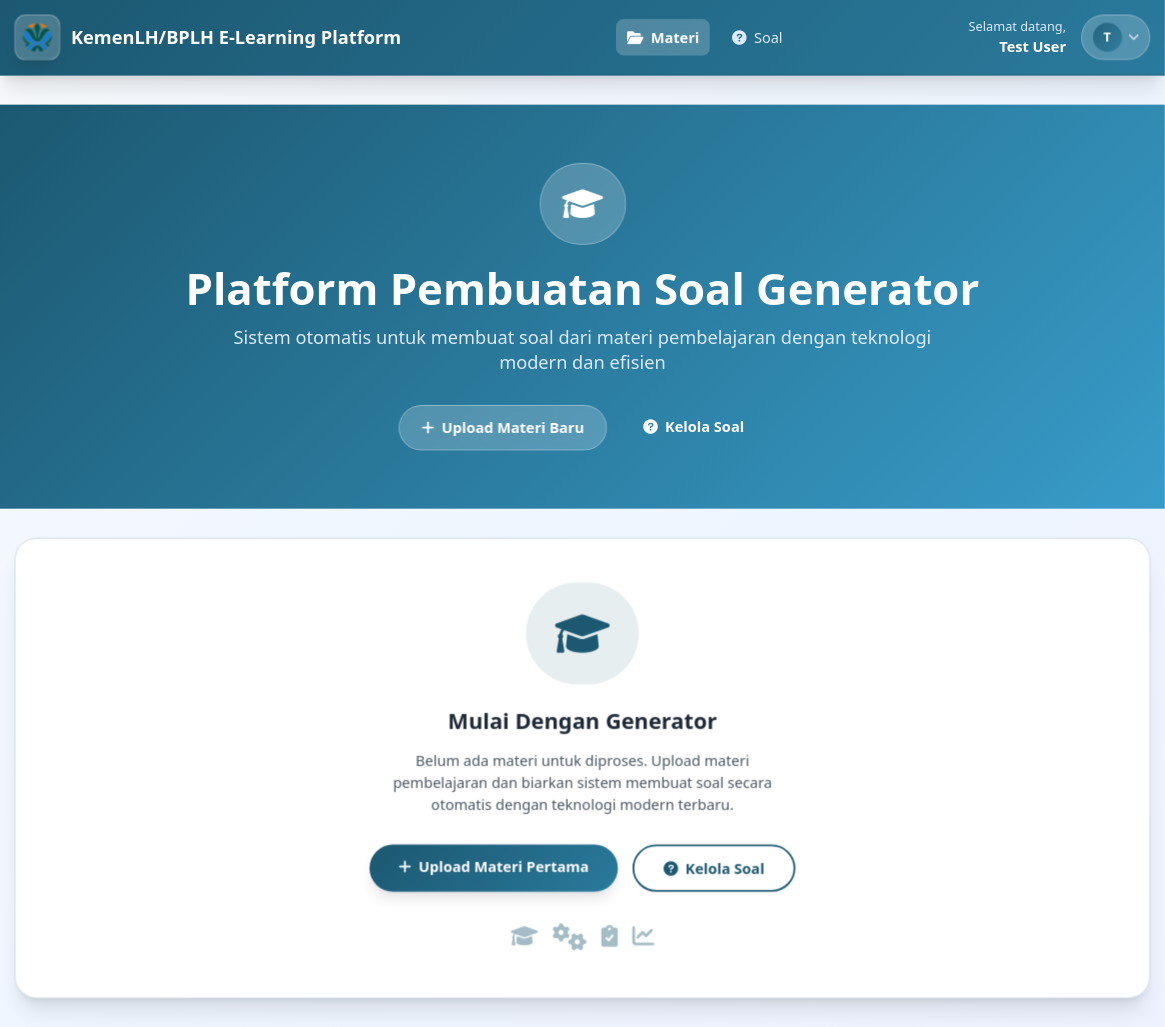
Repository: Autofat/LMS-MOOC
Page: http://localhost/materials
The author's editor kept a copy of each file at every save. The page is drawn from the files as they stood at one save, then again after the next save.
The browser window is 1280 px wide. The pictures show the whole page, at 91% of full size.
Some web libraries are served in a nearby version. The page is served by the project's Laravel application, run on PHP 8.4 with Laravel 12. A made-up administrator, Test User (test@example.com), is signed in. Other server files are loaded and not shown. Queries for data that is not in the repository find no rows.

Above is the page before, as saved 2025-08-01 13:37:42.

### routes/web.php
<?php

use Illuminate\Support\Facades\Route;
use Illuminate\Support\Facades\Auth;
use Illuminate\Support\Facades\Http;
use Illuminate\Support\Facades\Storage;
use Illuminate\Http\Request;
use App\Http\Controllers\QuestionController;
use App\Http\Controllers\MaterialController;
use App\Http\Controllers\AuthController;

// Root redirect to login
Route::get('/', function () {
    // Force logout and clear session
    Auth::logout();
    session()->flush();
    session()->regenerate();

    return redirect()->route('login');
});

// Authentication Routes
Route::get('/login', [AuthController::class, 'showLoginForm'])->name('login');
Route::post('/login', [AuthController::class, 'login']);
Route::get('/register', [AuthController::class, 'showRegisterForm'])->name('register');
Route::post('/register', [AuthController::class, 'register']);
Route::post('/logout', [AuthController::class, 'logout'])->name('logout');

// Temporary route to clear session
Route::get('/clear-session', function () {
    Auth::logout();
    session()->flush();
    session()->regenerate();
    return redirect()->route('login')->with('success', 'Session cleared. Please login again.');
});

// Test route to check auth status
Route::get('/test-auth', function () {
    return response()->json([
        'auth_check' => Auth::check(),
        'user' => Auth::user(),
        'session_id' => session()->getId(),
        'session_data' => session()->all()
    ]);
});

// Protected Routes (require authentication)
Route::middleware(['auth'])->group(function () {

    // Debug route for testing n8n connection
    Route::get('/test-n8n-connection', function () {
        try {
            $testData = [
                'action' => 'test_connection',
                'timestamp' => now()->toISOString(),
                'message' => 'Laravel connection test'
            ];

            $n8nUrl = env('N8N_GENERATE_QUESTIONS_URL', 'http://localhost:5678/webhook/generate-questions');

            $response = Http::timeout(120)
                ->retry(2, 100)
                ->withOptions([
                    'verify' => false,
                    'allow_redirects' => true,
                    'http_errors' => false
                ])
                ->post($n8nUrl, $testData);

            return response()->json([
                'success' => true,
                'message' => 'n8n connection test completed',
                'url' => $n8nUrl,
                'request_data' => $testData,
                'response' => [
                    'status' => $response->status(),
                    'headers' => $response->headers(),
                    'body' => $response->body(),
                    'successful' => $response->successful()
                ]
            ]);

        } catch (\Exception $e) {
            return response()->json([
                'success' => false,
                'error' => $e->getMessage(),
                'error_class' => get_class($e)
            ], 500);
        }
    })->name('test.n8n.connection');

    // Material Routes
    Route::get('/materials', [MaterialController::class, 'index'])->name('materials.index');
    Route::get('/materials/create', [MaterialController::class, 'create'])->name('materials.create');
    Route::post('/materials', [MaterialController::class, 'store'])->name('materials.store');
    Route::get('/materials/{id}', [MaterialController::class, 'show'])->name('materials.show');
    Route::get('/materials/{id}/edit', [MaterialController::class, 'edit'])->name('materials.edit');
    Route::put('/materials/{id}', [MaterialController::class, 'update'])->name('materials.update');
    Route::delete('/materials/{id}', [MaterialController::class, 'destroy'])->name('materials.destroy');
    Route::get('/materials/{id}/download', [MaterialController::class, 'download'])->name('materials.download');

    // Debug routes for testing file uploads
    Route::get('/test-upload', function () {
        return view('test-upload');
    })->name('test.upload.form');

    Route::post('/test-upload', function (Request $request) {
        $info = [
            'has_file' => $request->hasFile('pdf_file'),
            'php_upload_max' => ini_get('upload_max_filesize'),
            'php_post_max' => ini_get('post_max_size'),
            'storage_writable' => is_writable(storage_path('app/public')),
            'materials_dir_exists' => Storage::disk('public')->exists('materials'),
        ];

        if ($request->hasFile('pdf_file')) {
            $file = $request->file('pdf_file');
            $info['file'] = [
                'name' => $file->getClientOriginalName(),
                'size' => $file->getSize(),
                'mime' => $file->getMimeType(),
                'is_valid' => $file->isValid(),
                'error' => $file->getError(),
            ];
        }

        return response()->json($info);
    })->name('test.upload');
    Route::get('/materials/{id}/questions', [MaterialController::class, 'questions'])->name('materials.questions');

    // Generate Questions with n8n
    Route::post('/materials/{id}/generate-questions', [MaterialController::class, 'generateQuestions'])->name('materials.generate-questions');
    Route::post('/materials/{id}/generate-questions-async', [MaterialController::class, 'generateQuestionsAsync'])->name('materials.generate-questions-async');
    Route::get('/materials/{id}/test-n8n', [MaterialController::class, 'testN8nConnection'])->name('materials.test-n8n');

    // Form Manual Input
    Route::get('/questions/create', [QuestionController::class, 'create'])->name('questions.create');
    Route::post('/questions', [QuestionController::class, 'store'])->name('questions.store');

    // Manage and Edit Questions
    Route::get('/questions/manage', [QuestionController::class, 'manage'])->name('questions.manage');
    Route::get('/questions/{id}/edit', [QuestionController::class, 'edit'])->name('questions.edit');
    Route::put('/questions/{id}', [QuestionController::class, 'update'])->name('questions.update');
    Route::delete('/questions/{id}', [QuestionController::class, 'destroy'])->name('questions.destroy');
});

### app/Models/Material.php
<?php

namespace App\Models;

use Illuminate\Database\Eloquent\Model;

class Material extends Model
{
    protected $fillable = [
        'title',
        'description',
        'file_path',
        'file_name',
        'file_size',
        'category',
        'is_active'
    ];

    protected $casts = [
        'is_active' => 'boolean',
    ];

    /**
     * Get the questions for this material.
     */
    public function questions()
    {
        return $this->hasMany(Question::class);
    }

    /**
     * Get file size in human readable format
     */
    public function getFileSizeHumanAttribute()
    {
        $bytes = $this->file_size;
        $units = ['B', 'KB', 'MB', 'GB'];

        for ($i = 0; $bytes > 1024 && $i < count($units) - 1; $i++) {
            $bytes /= 1024;
        }

        return round($bytes, 2) . ' ' . $units[$i];
    }
}

### app/Models/Question.php
<?php

namespace App\Models;

use Illuminate\Database\Eloquent\Model;

class Question extends Model
{
    protected $fillable = [
        'material_id',
        'question',
        'options',
        'answer',
        'explanation',
        'difficulty'
    ];

    protected $casts = [
        'options' => 'array',
    ];

    /**
     * Set difficulty to lowercase
     */
    public function setDifficultyAttribute($value)
    {
        $this->attributes['difficulty'] = $value ? strtolower($value) : null;
    }

    /**
     * Get difficulty with proper case
     */
    public function getDifficultyAttribute($value)
    {
        if (!$value) return null;

        // Capitalize first letter for display
        return ucfirst($value);
    }

    /**
     * Get the material that owns this question.
     */
    public function material()
    {
        return $this->belongsTo(Material::class);
    }
}

### resources/views/materials/index.blade.php
<!DOCTYPE html>
<html lang="en">

<head>
    <meta charset="UTF-8">
    <meta name="viewport" content="width=device-width, initial-scale=1.0">
    <title>Kelola Materi - KemenLH/BPLH E-Learning Platform</title>
    <script src="https://cdn.tailwindcss.com"></script>
    <link href="https://cdnjs.cloudflare.com/ajax/libs/font-awesome/6.0.0/css/all.min.css" rel="stylesheet">
    <style>
        .professional-gradient {
            background: linear-gradient(135deg, rgba(28,88,113,1) 0%, rgba(35,105,135,1) 25%, rgba(42,122,157,1) 50%, rgba(49,139,179,1) 75%, rgba(56,156,201,1) 100%);
        }
        .subtle-pattern {
            background-image: url("data:[embedded picture, 371 characters]");
        }
    </style>
</head>

<body class="bg-gradient-to-br from-slate-50 via-blue-50 to-indigo-50 min-h-screen subtle-pattern">
    <!-- Include Navbar Component -->
    @include('components.navbar')

    <!-- Hero Section -->
    <div class="professional-gradient text-white py-16 mb-8">
        <div class="container mx-auto px-4">
            <div class="text-center">
                <div class="flex justify-center mb-6">
                    <div class="bg-white/20 backdrop-blur-sm rounded-full p-6 border border-white/30">
                        <i class="fas fa-graduation-cap text-4xl text-white"></i>
                    </div>
                </div>
                <h1 class="text-4xl md:text-5xl font-bold mb-4">
                    Platform Pembuatan Soal Generator
                </h1>
                <p class="text-xl text-blue-100 mb-8 max-w-3xl mx-auto">
                    Sistem otomatis untuk membuat soal dari materi pembelajaran dengan teknologi modern dan efisien
                </p>
                <div class="flex flex-col sm:flex-row gap-4 justify-center">
                    <a href="{{ route('materials.create') }}"
                        class="bg-white/20 backdrop-blur-sm hover:bg-white/30 text-white font-bold py-3 px-6 rounded-full border border-white/30 transition-all duration-300 transform hover:scale-105">
                        <i class="fas fa-plus mr-2"></i>Upload Materi Baru
                    </a>
                    <a href="{{ route('questions.manage') }}"
                        class="bg-rgba(28,88,113,0.8) hover:bg-rgba(28,88,113,1) text-white font-bold py-3 px-6 rounded-full transition-all duration-300 transform hover:scale-105">
                        <i class="fas fa-question-circle mr-2"></i>Kelola Soal
                    </a>
                </div>
            </div>
        </div>
    </div>

    <!-- Main Content -->
    <div class="container mx-auto px-4 pb-8">
        @if ($materials->count() > 0)
            <!-- Statistics Cards -->
            <div class="grid grid-cols-1 md:grid-cols-3 gap-6 mb-8">
                <div class="bg-white/90 backdrop-blur-sm rounded-2xl shadow-lg p-6 border" style="border-color: rgba(28,88,113,0.2);">
                    <div class="flex items-center">
                        <div class="p-3 rounded-full" style="background-color: rgba(28,88,113,0.1);">
                            <i class="fas fa-file-alt text-xl" style="color: rgba(28,88,113,1);"></i>
                        </div>
                        <div class="ml-4">
                            <p class="text-sm text-gray-600">Total Materi</p>
                            <p class="text-2xl font-bold" style="color: rgba(28,88,113,1);">{{ $materials->count() }}</p>
                        </div>
                    </div>
                </div>

                <div class="bg-white/90 backdrop-blur-sm rounded-2xl shadow-lg p-6 border" style="border-color: rgba(28,88,113,0.2);">
                    <div class="flex items-center">
                        <div class="p-3 rounded-full" style="background-color: rgba(28,88,113,0.1);">
                            <i class="fas fa-list-check text-xl" style="color: rgba(28,88,113,1);"></i>
                        </div>
                        <div class="ml-4">
                            <p class="text-sm text-gray-600">Soal Generated</p>
                            <p class="text-2xl font-bold" style="color: rgba(28,88,113,1);">{{ $materials->sum('questions_count') }}</p>
                        </div>
                    </div>
                </div>

                <div class="bg-white/90 backdrop-blur-sm rounded-2xl shadow-lg p-6 border border-slate-100">
                    <div class="flex items-center">
                        <div class="bg-slate-100 p-3 rounded-full">
                            <i class="fas fa-tags text-slate-600 text-xl"></i>
                        </div>
                        <div class="ml-4">
                            <p class="text-sm text-gray-600">Kategori Aktif</p>
                            <p class="text-2xl font-bold text-slate-700">{{ $materials->whereNotNull('category')->groupBy('category')->count() }}</p>
                        </div>
                    </div>
                </div>
            </div>

            <!-- Materials Grid -->
            <div class="grid grid-cols-1 md:grid-cols-2 lg:grid-cols-3 gap-6">
                @foreach ($materials as $material)
                    <div class="bg-white/95 backdrop-blur-sm rounded-2xl shadow-lg overflow-hidden hover:shadow-xl transition-all duration-300 transform hover:-translate-y-1 border" style="border-color: rgba(28,88,113,0.2);">
                        <!-- Card Header with Professional Theme -->
                        <div class="p-4" style="background: linear-gradient(135deg, rgba(28,88,113,1) 0%, rgba(35,105,135,1) 100%);">
                            <div class="flex items-center justify-between">
                                <div class="bg-white/20 backdrop-blur-sm rounded-full p-2">
                                    <i class="fas fa-file-text text-white text-lg"></i>
                                </div>
                                @if($material->category)
                                    <span class="bg-white/20 backdrop-blur-sm text-white text-xs px-3 py-1 rounded-full">
                                        {{ $material->category }}
                                    </span>
                                @endif
                            </div>
                        </div>

                        <div class="p-6">
                            <div class="mb-4">
                                <h3 class="text-xl font-semibold text-gray-800 truncate mb-2">
                                    {{ $material->title }}
                                </h3>
                                @if ($material->description)
                                    <p class="text-gray-600 text-sm mb-3 line-clamp-3">
                                        {{ $material->description }}
                                    </p>
                                @endif
                            </div>

                            <!-- File Info with Professional Icons -->
                            <div class="flex items-center text-sm text-gray-500 mb-4 p-3 rounded-lg" style="background-color: rgba(28,88,113,0.05);">
                                <i class="fas fa-file-pdf mr-2" style="color: rgba(28,88,113,1);"></i>
                                <span class="truncate">{{ $material->file_name }}</span>
                            </div>

                            <div class="flex items-center justify-between text-sm text-gray-500 mb-4">
                                <div class="flex items-center">
                                    <i class="fas fa-weight mr-1" style="color: rgba(28,88,113,0.7);"></i>
                                    <span>{{ $material->file_size_human }}</span>
                                </div>
                                <div class="flex items-center">
                                    <i class="fas fa-question-circle mr-1" style="color: rgba(28,88,113,0.7);"></i>
                                    <span>{{ $material->questions_count }} soal</span>
                                </div>
                            </div>

                            <div class="text-xs text-gray-400 mb-4 flex items-center">
                                <i class="fas fa-calendar mr-1" style="color: rgba(28,88,113,0.6);"></i>
                                Upload: {{ $material->created_at->format('d M Y H:i') }}
                            </div>

                            <!-- Action Buttons with Professional Theme -->
                            <div class="flex space-x-2">
                                <a href="{{ route('materials.show', $material->id) }}"
                                    class="flex-1 text-white text-center py-2 px-3 rounded-lg text-sm transition-all duration-300 transform hover:scale-105"
                                    style="background: linear-gradient(135deg, rgba(28,88,113,1) 0%, rgba(35,105,135,1) 100%); box-shadow: 0 4px 6px rgba(28,88,113,0.3);"
                                    onmouseover="this.style.background='linear-gradient(135deg, rgba(35,105,135,1) 0%, rgba(42,122,157,1) 100%)'"
                                    onmouseout="this.style.background='linear-gradient(135deg, rgba(28,88,113,1) 0%, rgba(35,105,135,1) 100%)'">
                                    <i class="fas fa-eye mr-1"></i>Detail
                                </a>
                                <a href="{{ route('materials.download', $material->id) }}"
                                    class="flex-1 text-white text-center py-2 px-3 rounded-lg text-sm transition-all duration-300 transform hover:scale-105"
                                    style="background: linear-gradient(135deg, rgba(42,122,157,1) 0%, rgba(49,139,179,1) 100%); box-shadow: 0 4px 6px rgba(42,122,157,0.3);"
                                    onmouseover="this.style.background='linear-gradient(135deg, rgba(49,139,179,1) 0%, rgba(56,156,201,1) 100%)'"
                                    onmouseout="this.style.background='linear-gradient(135deg, rgba(42,122,157,1) 0%, rgba(49,139,179,1) 100%)'">
                                    <i class="fas fa-download mr-1"></i>Download
                                </a>
                                <form method="POST" action="{{ route('materials.destroy', $material->id) }}"
                                    onsubmit="event.preventDefault(); showDeleteConfirmation(this, 'Yakin ingin menghapus materi ini? Semua soal yang terkait juga akan dihapus.'); return false;" class="inline">
                                    @csrf
                                    @method('DELETE')
                                    <button type="submit"
                                        class="bg-gradient-to-r from-red-500 to-red-600 hover:from-red-600 hover:to-red-700 text-white py-2 px-3 rounded-lg text-sm transition-all duration-300 transform hover:scale-105">
                                        <i class="fas fa-trash"></i>
                                    </button>
                                </form>
                            </div>
                        </div>
                    </div>
                @endforeach
            </div>

        <!-- Pagination -->
        @if ($materials->hasPages())
            <div class="mt-8">
                {{ $materials->links() }}
            </div>
        @endif
        @else
            <!-- Empty State with Professional Theme -->
            <div class="bg-white/95 backdrop-blur-sm shadow-xl rounded-3xl p-12 text-center border" style="border-color: rgba(28,88,113,0.2);">
                <div class="mb-6" style="color: rgba(28,88,113,1);">
                    <div class="rounded-full p-8 inline-block" style="background-color: rgba(28,88,113,0.1);">
                        <i class="fas fa-graduation-cap text-5xl" style="color: rgba(28,88,113,1);"></i>
                    </div>
                </div>
                <h3 class="text-2xl font-bold text-gray-800 mb-4">Mulai Dengan Generator</h3>
                <p class="text-gray-600 mb-8 max-w-md mx-auto">
                    Belum ada materi untuk diproses. Upload materi pembelajaran dan biarkan sistem membuat soal secara otomatis dengan teknologi modern terbaru.
                </p>

                <div class="flex flex-col sm:flex-row gap-4 justify-center">
                    <a href="{{ route('materials.create') }}"
                        class="text-white font-bold py-3 px-8 rounded-full transition-all duration-300 transform hover:scale-105 shadow-lg"
                        style="background: linear-gradient(135deg, rgba(28,88,113,1) 0%, rgba(42,122,157,1) 100%);">
                        <i class="fas fa-plus mr-2"></i>Upload Materi Pertama
                    </a>
                    <a href="{{ route('questions.manage') }}"
                        class="bg-white border-2 font-bold py-3 px-8 rounded-full transition-all duration-300 hover:bg-gray-50"
                        style="border-color: rgba(28,88,113,1); color: rgba(28,88,113,1);">
                        <i class="fas fa-question-circle mr-2"></i>Kelola Soal
                    </a>
                </div>

                <!-- Decorative Elements -->
                <div class="mt-8 flex justify-center space-x-4" style="color: rgba(28,88,113,0.4);">
                    <i class="fas fa-graduation-cap text-2xl"></i>
                    <i class="fas fa-cogs text-3xl"></i>
                    <i class="fas fa-clipboard-check text-2xl"></i>
                    <i class="fas fa-chart-line text-2xl"></i>
                </div>
            </div>
        @endif
    </div>

    <!-- Include Delete Confirmation Modal -->
    @include('components.delete-confirmation-modal')
</body>

</html>

Loaded but not shown: app/Models/User.php (common file); app/Http/Controllers/Controller.php (common file); app/Http/Controllers/MaterialController.php (844 lines, source omitted); resources/views/components/navbar.blade.php (221 lines, source omitted); resources/views/components/delete-confirmation-modal.blade.php (76 lines, source omitted)

After the next save:
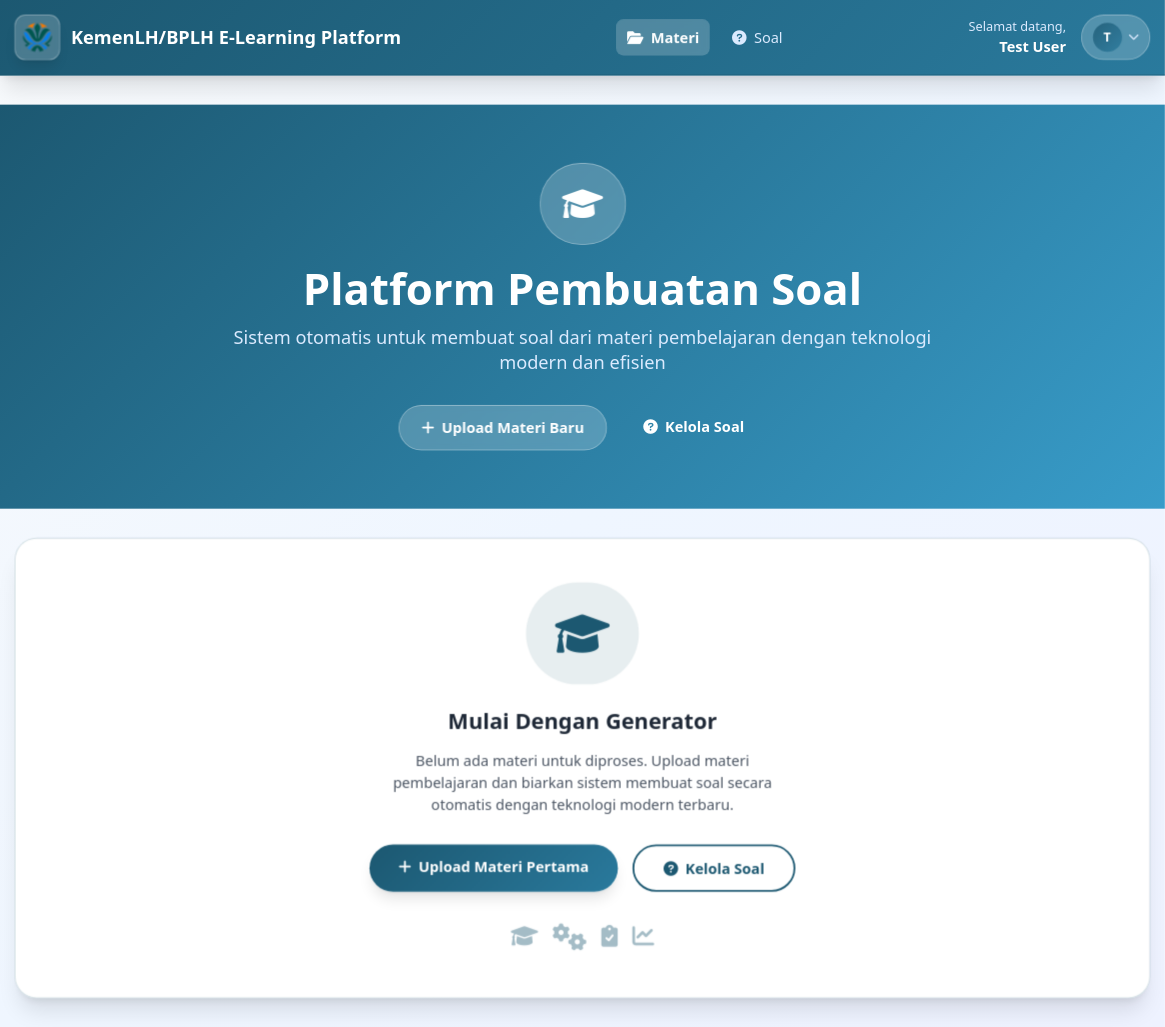
Saved 13 s later.
--- a/resources/views/materials/index.blade.php
+++ b/resources/views/materials/index.blade.php
@@ -31,7 +31,7 @@
                     </div>
                 </div>
                 <h1 class="text-4xl md:text-5xl font-bold mb-4">
-                    Platform Pembuatan Soal Generator
+                    Platform Pembuatan Soal
                 </h1>
                 <p class="text-xl text-blue-100 mb-8 max-w-3xl mx-auto">
                     Sistem otomatis untuk membuat soal dari materi pembelajaran dengan teknologi modern dan efisien
